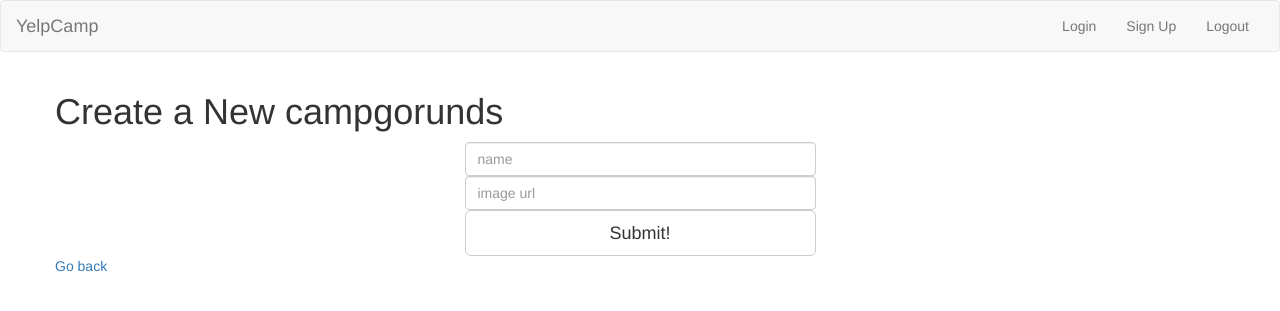
Repository: gtxDaniel/Web-development
Page: http://localhost/campgrounds/new
The author's editor kept a record of every edit. The page is drawn from the files as they stood at one moment, then again after the next edit.
The browser window is 1280 px wide. The pictures show the whole page.
The page is served by the project's Node server (YelpCamp/v1/app.js).

Above is the page before.

### web-development/workspace/YelpCamp/v1/views/new.ejs
<% include partials/header %>
<div class = "container">
    <div class = 'row'>
        <h1>Create a New campgorunds</h1>
        <div style = 'width: 30%; margin: 0 auto'>
            <form action = '/campgrounds' method = "POST">
                <input class ="form-control" type = 'text' name = 'name' placeholder = 'name'>
                <input class ="form-control" type = 'text' name = 'image' placeholder = 'image url'>
                <button class = 'btn btn-lg btn-default btn-block'>Submit!</button>
            </form>
        </div>

        <a href = '/campgrounds'>Go back</a>
    </div>
</div>
<% include partials/footer %>

### web-development/workspace/YelpCamp/v1/views/partials/header.ejs
<!DOCTYPE html>
<html>
    <head>
        <title>YelpCamp</title>
        <link rel="stylesheet" href="https://maxcdn.bootstrapcdn.com/bootstrap/3.3.7/css/bootstrap.min.css" integrity="sha384-BVYiiSIFeK1dGmJRAkycuHAHRg32OmUcww7on3RYdg4Va+PmSTsz/K68vbdEjh4u" crossorigin="anonymous">
    </head>
    <body>
        <nav class='navbar navbar-default'>
            <div class = 'container-fluid'>
                <div class = 'navbar-header'>
                    <a class='navbar-brand' href='/'>YelpCamp</a>
                </div>
                <div class="collapse navbar-collapse">
                    <ul class= 'nav navbar-nav navbar-right'>
                        <li><a href = "/">Login</a></li>
                        <li><a href = "/">Sign Up</a></li>
                        <li><a href = "/">Logout</a></li>
                    </ul>
                </div>
            </div>
        </nav>

### web-development/workspace/YelpCamp/v1/app.js
var express = require("express");
var app = express();
var bodyParser = require('body-parser');

app.use(bodyParser.urlencoded({extended: true}));
app.set('view engine', 'ejs');

var campgrounds = [
        {name: 'First', image: 'https://farm9.staticflickr.com/8442/7962474612_bf2baf67c0.jpg'},
        {name: 'Second', image: "https://ak4.picdn.net/shutterstock/videos/20733094/thumb/1.jpg"},
        {name: 'Third', image: "https://thefinanser.com/wp-content/uploads/2019/03/Camp.jpg"},
        {name: 'First', image: 'https://farm9.staticflickr.com/8442/7962474612_bf2baf67c0.jpg'},
        {name: 'Second', image: "https://ak4.picdn.net/shutterstock/videos/20733094/thumb/1.jpg"},
        {name: 'Third', image: "https://thefinanser.com/wp-content/uploads/2019/03/Camp.jpg"}
    ]

app.get('/', function(req, res){
    res.render('landing');
})

app.get('/campgrounds', function(req, res){

        res.render('campgrounds', {campgrounds: campgrounds});
})

app.get('/campgrounds/new', function(req, res) {
    res.render('new.ejs');
})

app.post('/campgrounds', function(req, res){
    // get data from form and add to campgorunds array
    // redircet
    var name = req.body.name;
    var image = req.body.image;
    var newCampground = {name: name, image: image};
    campgrounds.push(newCampground);
    res.redirect('/campgrounds');

})


app.listen(process.env.PORT, process.env.IP, function(){
    console.log("started");
})

Loaded but not shown: web-development/workspace/YelpCamp/v1/views/partials/footer.ejs (common file)

After the next edit:
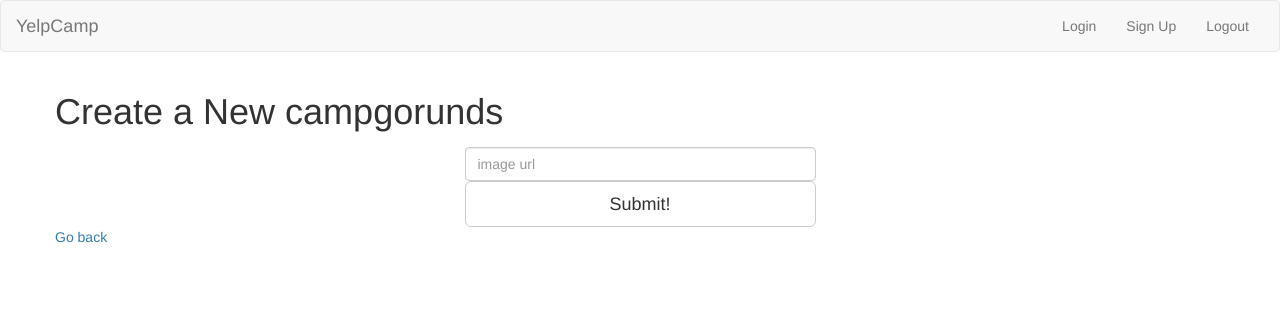
The edit:
--- a/web-development/workspace/YelpCamp/v1/views/new.ejs
+++ b/web-development/workspace/YelpCamp/v1/views/new.ejs
@@ -4,7 +4,10 @@
         <h1>Create a New campgorunds</h1>
         <div style = 'width: 30%; margin: 0 auto'>
             <form action = '/campgrounds' method = "POST">
-                <input class ="form-control" type = 'text' name = 'name' placeholder = 'name'>
+                <div class = 'form-group'>
+
+                </div>
+
                 <input class ="form-control" type = 'text' name = 'image' placeholder = 'image url'>
                 <button class = 'btn btn-lg btn-default btn-block'>Submit!</button>
             </form>
